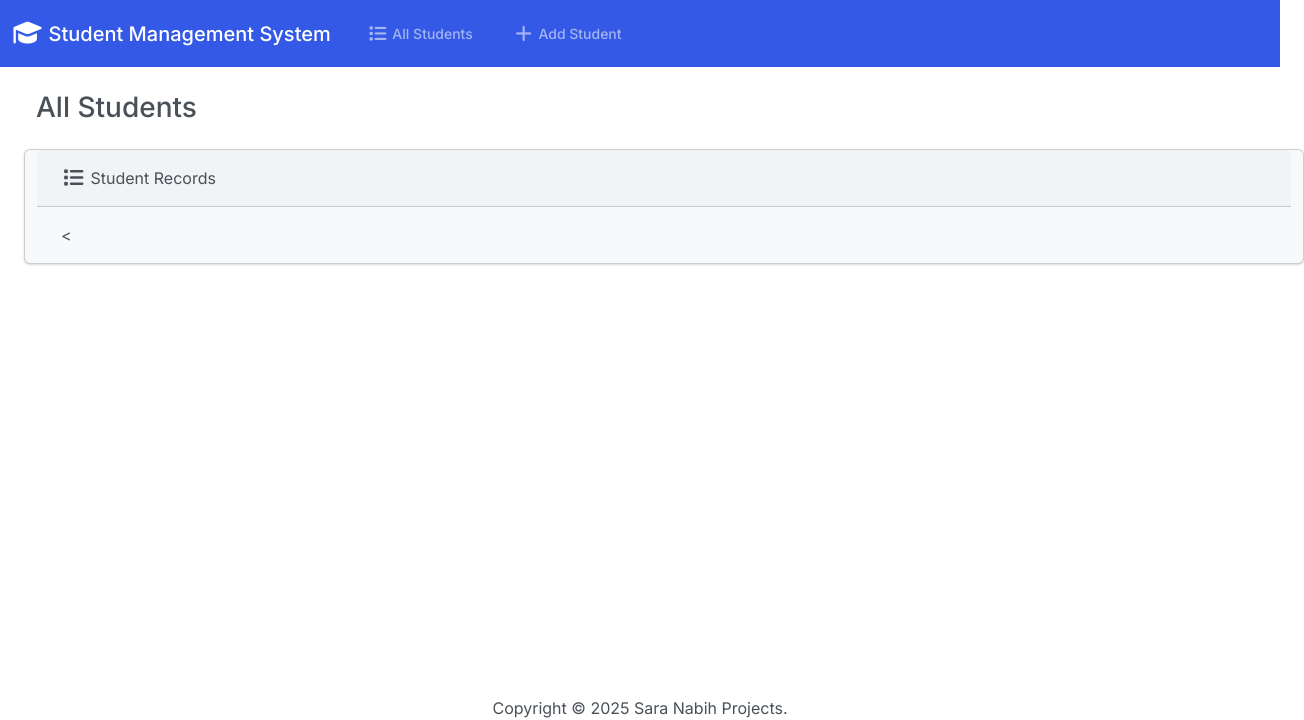
Repository: saraanbih/Student-Management-System
Page: http://localhost/
These files come from the project's save history. The page is drawn as it stood at one moment and after the next save; the edit follows.
The browser window is 1280 px wide. The page is 1304 px wide, so the pictures cover 1304 px, including what lies to the right of the window. The pictures show the whole page.
Some web libraries are served in a nearby version. The page is served by the project's application, run on Django 5.2 (manage.py). Other server files are loaded and not shown. The page reads the database file committed with the project.

Above is the page before, as saved 2025-09-11 16:10:02.

### students/templates/students/index.html
{% load static %}
<!DOCTYPE html>
<html lang="en">
  <head>
    <meta charset="UTF-8" />
    <meta name="viewport" content="width=device-width, initial-scale=1.0" />
    <title>Student Management System</title>
    <link rel="stylesheet" href="https://cdnjs.cloudflare.com/ajax/libs/font-awesome/7.0.1/css/all.min.css" />
    <link href="{% static 'css/bootstrap.min.css' %}" rel="stylesheet" />
  </head>
  <body class="d-flex flex-column min-vh-100">
    <nav class="navbar navbar-expand-lg bg-primary" data-bs-theme="dark">
      <div class="container-fluid">
        <a class="navbar-brand" href="#">
          <i class="fa-solid fa-graduation-cap fa-lg"></i> Student Management System
        </a>
        <button
          class="navbar-toggler"
          type="button"
          data-bs-toggle="collapse"
          data-bs-target="#navbarColor01"
          aria-controls="navbarColor01"
          aria-expanded="false"
          aria-label="Toggle navigation"
        >
          <span class="navbar-toggler-icon"></span>
        </button>
        <div class="collapse navbar-collapse" id="navbarColor01">
          <ul class="navbar-nav me-auto">
            <li class="nav-item">
              <a class="nav-link" href="#">
                <i class="fa-solid fa-list fa-lg"></i> All Students
              </a>
            </li>
            <li class="nav-item">
              <a class="nav-link" href="#">
                <i class="fa-solid fa-plus fa-lg"></i> Add Student
              </a>
            </li>
          </ul>
        </div>
      </div>
    </nav>

    <div class="container-fluid">
      <h3 class="m-4">All Students</h3>
      <div class="row">
        <div class="col-12">
          {% if students %}
          </div>
            <div class="card bg-light ms-4 me-4 mb-4">
              <div class="card-header">
                  <i class="fa-solid fa-list fa-lg"></i> Student Records
              </div>
              <div class="card-body">
                <p class="card-text">
                  <
                </p>
              </div>
            </div>
          {% else %}
          <h5 class="card bg-light ms-4 me-4 mb-4">No Students Records</h5>
          {% endif %}
        </div>
      </div>
    </div>
    <footer class="mt-auto mp-4">
      <div class="text-center">
        <span>
          Copyright &copy; <script>document.write(new Date().getFullYear())</script> Sara Nabih Projects.
        </span>
      </div>

    </footer>
    <script
      src="https://cdn.jsdelivr.net/npm/bootstrap@5.3.8/dist/js/bootstrap.bundle.min.js"
      integrity="sha384-FKyoEForCGlyvwx9Hj09JcYn3nv7wiPVlz7YYwJrWVcXK/BmnVDxM+D2scQbITxI"
      crossorigin="anonymous"
    ></script>
  </body>
</html>

### students/models.py
from django.db import models

# Create your models here.

class Student(models.Model):
  student_number = models.PositiveBigIntegerField
  first_name = models.CharField(max_length=50)
  last_name = models.CharField(max_length=50)
  email = models.EmailField(max_length=100)
  field_of_study = models.CharField(max_length=50)
  gpa = models.FloatField()

  def __str__(self):
    return f"{self.first_name} {self.last_name}"

### students/views.py
from django.shortcuts import render
from .models import Student

# Create your views here.
def index(request):
  return render(request, 'students/index.html', {
    'students': Student.objects.all()
  })

### django_project/urls.py
"""
URL configuration for django_project project.

The `urlpatterns` list routes URLs to views. For more information please see:
    https://docs.djangoproject.com/en/5.2/topics/http/urls/
Examples:
Function views
    1. Add an import:  from my_app import views
    2. Add a URL to urlpatterns:  path('', views.home, name='home')
Class-based views
    1. Add an import:  from other_app.views import Home
    2. Add a URL to urlpatterns:  path('', Home.as_view(), name='home')
Including another URLconf
    1. Import the include() function: from django.urls import include, path
    2. Add a URL to urlpatterns:  path('blog/', include('blog.urls'))
"""
from django.contrib import admin
from django.urls import path, include

urlpatterns = [
    path('admin/', admin.site.urls),
    path('', include('students.urls')),
]

### students/urls.py
from django.urls import path
from . import views

urlpatterns = [
  path('', views.index, name='index'),

]

### db.sqlite3 (the tables this page reads, as SQL)
CREATE TABLE "students_student" ("id" integer NOT NULL PRIMARY KEY AUTOINCREMENT, "first_name" varchar(50) NOT NULL, "last_name" varchar(50) NOT NULL, "email" varchar(100) NOT NULL, "field_of_study" varchar(50) NOT NULL, "gpa" real NOT NULL, "student_number" bigint unsigned NOT NULL CHECK ("student_number" >= 0));
INSERT INTO "students_student" VALUES
(4, 'Sara', 'Nabih', 'nabihsara8@gmail.com', 'Computer Science', 3.8, 400),
(6, 'Mahmoud', 'Ali', 'mahmoud32@gmail.com', 'Engineer', 3.09, 7),
(7, 'Omar', 'Ahmed', 'omar@gmail.com', 'Network', 3.08, 42),
(8, 'Hazem', 'Ali', 'hazem.ali@gmail.com', 'Backend', 3.0, 23);

Loaded but not shown: students/static/css/bootstrap.min.css (library)

After the next save:
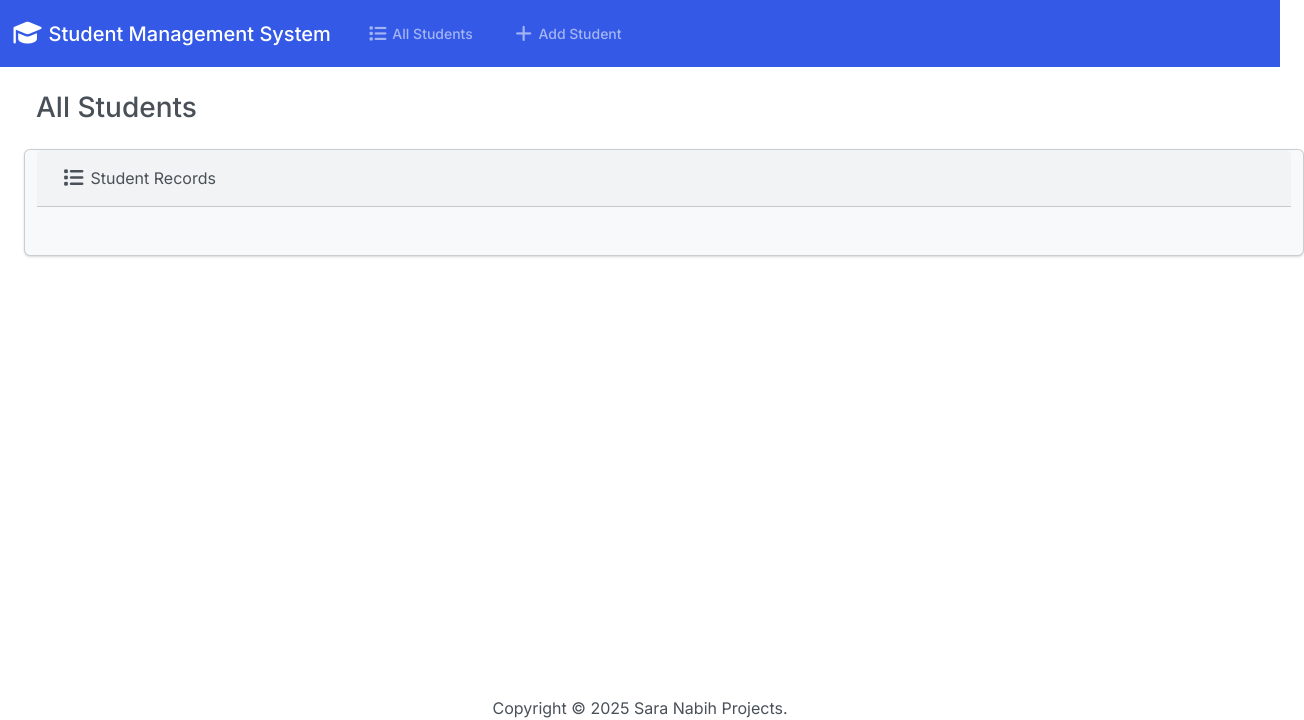
Saved 4 s later.
--- a/students/templates/students/index.html
+++ b/students/templates/students/index.html
@@ -54,7 +54,7 @@
               </div>
               <div class="card-body">
                 <p class="card-text">
-                  <
+                  <div class=""></div>
                 </p>
               </div>
             </div>
